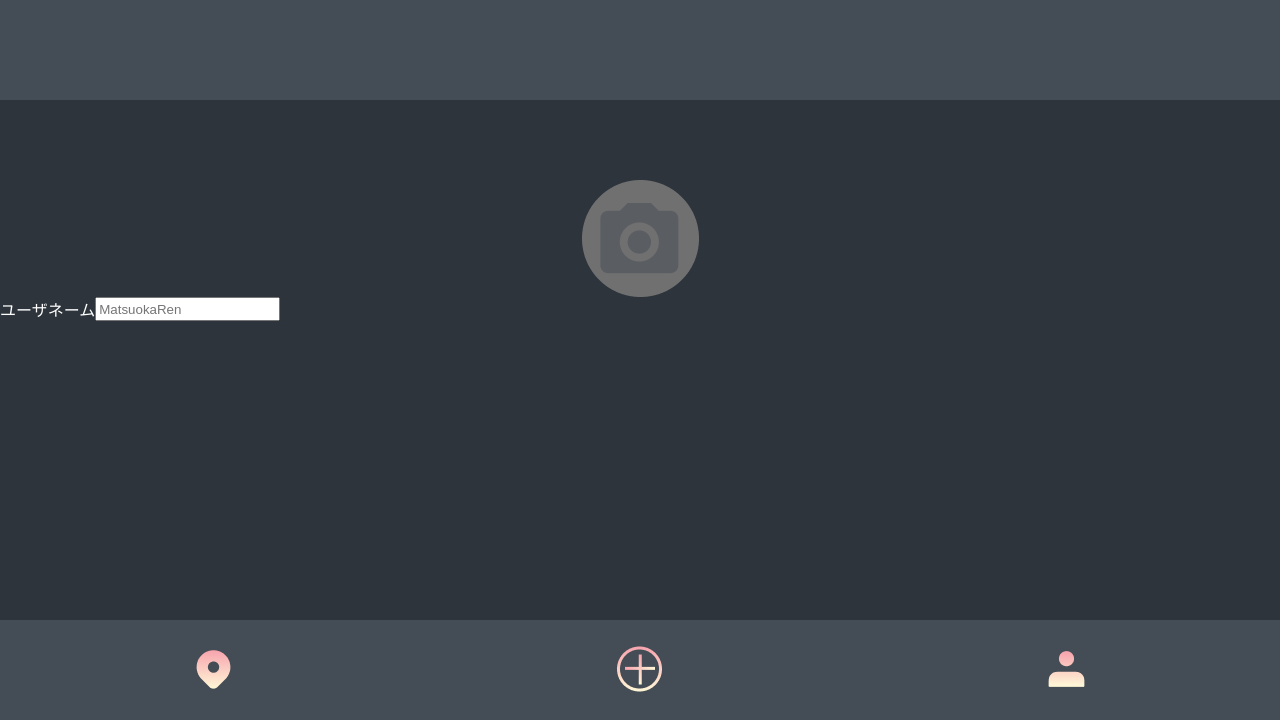
Repository: ren0714poo/respos
Page: edit.html
These files come from the project's save history. The page is drawn as it stood at one moment and after the next save; the edit follows.
The browser window is 1280 px wide. The pictures show the whole page.

Above is the page before, as saved 2025-07-17 13:56:44.

After the next save:
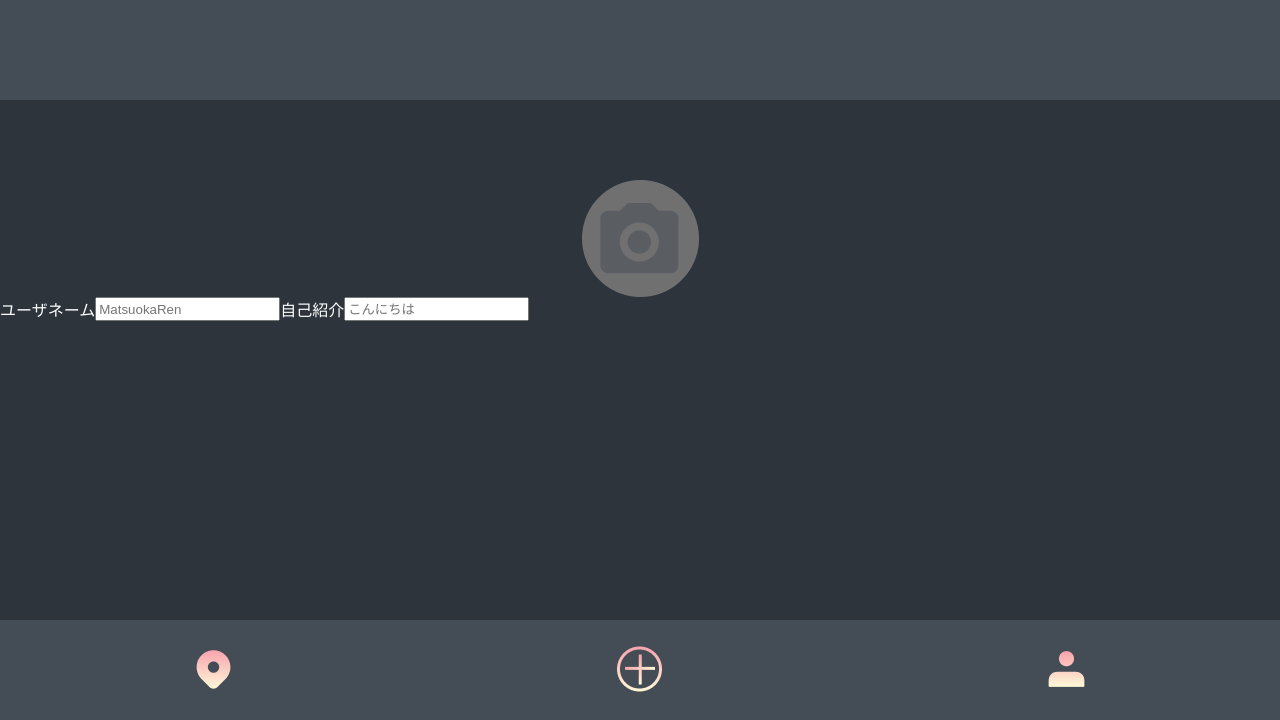
Saved 35 s later.
--- a/edit.html
+++ b/edit.html
@@ -15,6 +15,8 @@
     <div class="edit">
       ユーザネーム
       <input type="text" placeholder="MatsuokaRen">
+      自己紹介
+      <input type="text" placeholder="こんにちは">
 
     </div>
   </main>
